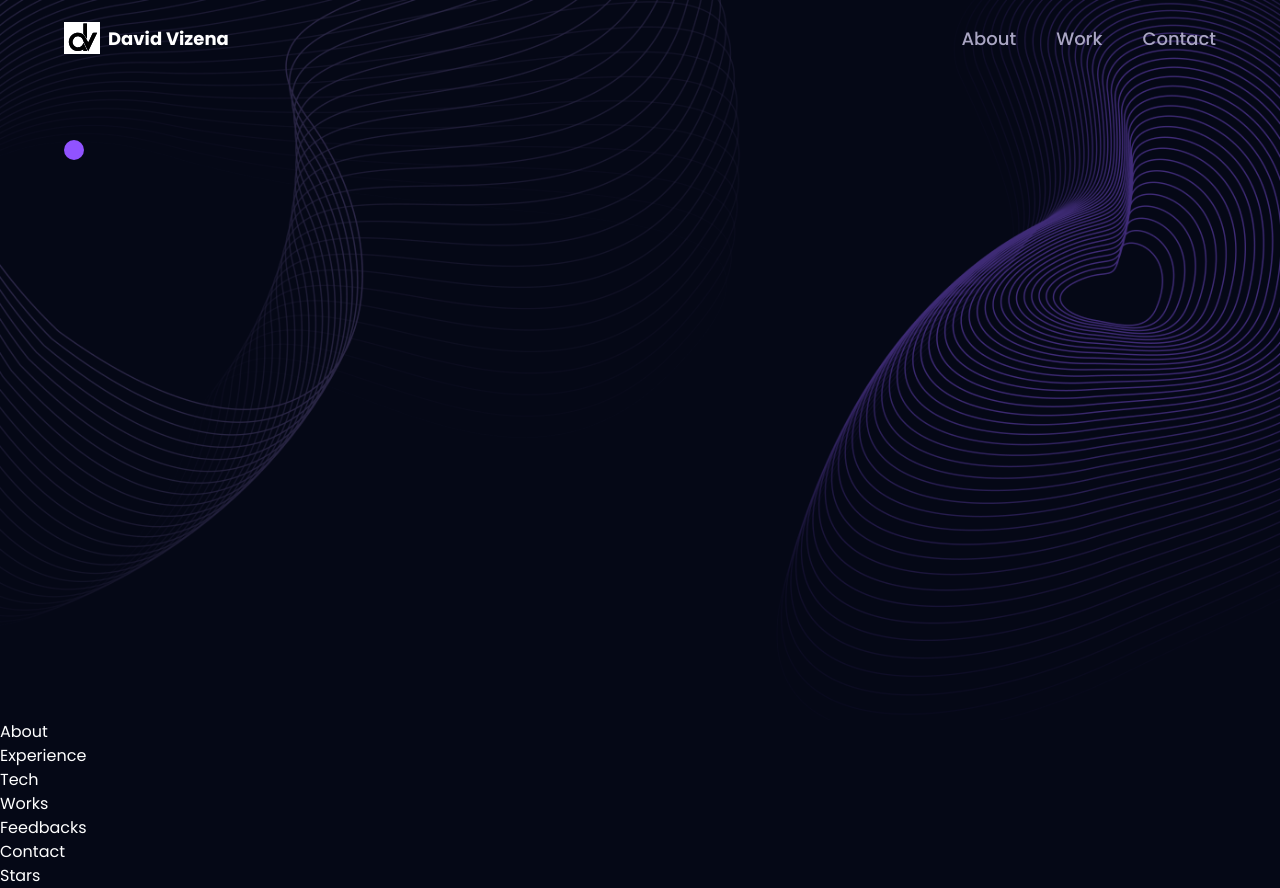
Repository: david-vizena/3d-portfolio
Page: /
The author's editor kept a copy of each file at every save. The page is drawn from the files as they stood at one save, then again after the next save.
The browser window is 1280 px wide. The pictures show the whole page.
The project was rebuilt for these pictures with package versions that can differ from the ones it lists, and the page was loaded fresh each time. Also part of the build but not shown: vite.config.js, src/components/canvas/Earth.jsx, src/components/canvas/Ball.jsx, src/components/canvas/Computers.jsx.

Above is the page before, as saved 2023-04-03 16:38:05.

After the next save:
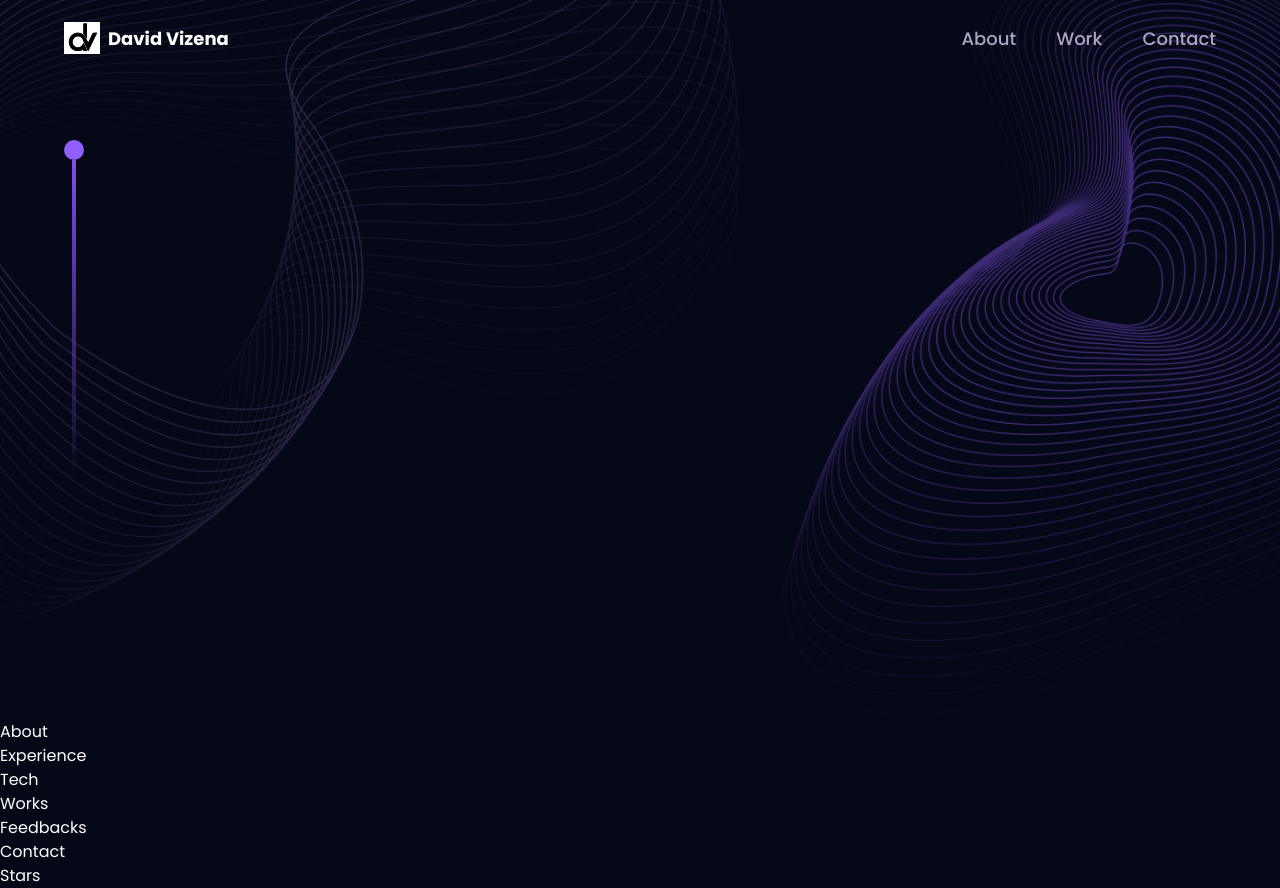
Saved 87 s later.
--- a/src/components/Hero.jsx
+++ b/src/components/Hero.jsx
@@ -9,8 +9,8 @@
 			<div
 				className={`${styles.paddingX} absolute inset-0 top-[120px] max-w-7xl mx-auto flex flex-row items-start gap-5`}>
 				<div className='flex flex-col justify-center items-center mt-5'>
-					<div className='w-5 h-5 rounded-full bg-[#9153ff]' />
-					<div className='w-1 sm:h-80 h-40 violet-gradiant' />
+					<div className='w-5 h-5 rounded-full bg-[#915EFF]' />
+					<div className='w-1 sm:h-80 h-40 violet-gradient' />
 				</div>
 			</div>
 		</section>

After the save that followed:
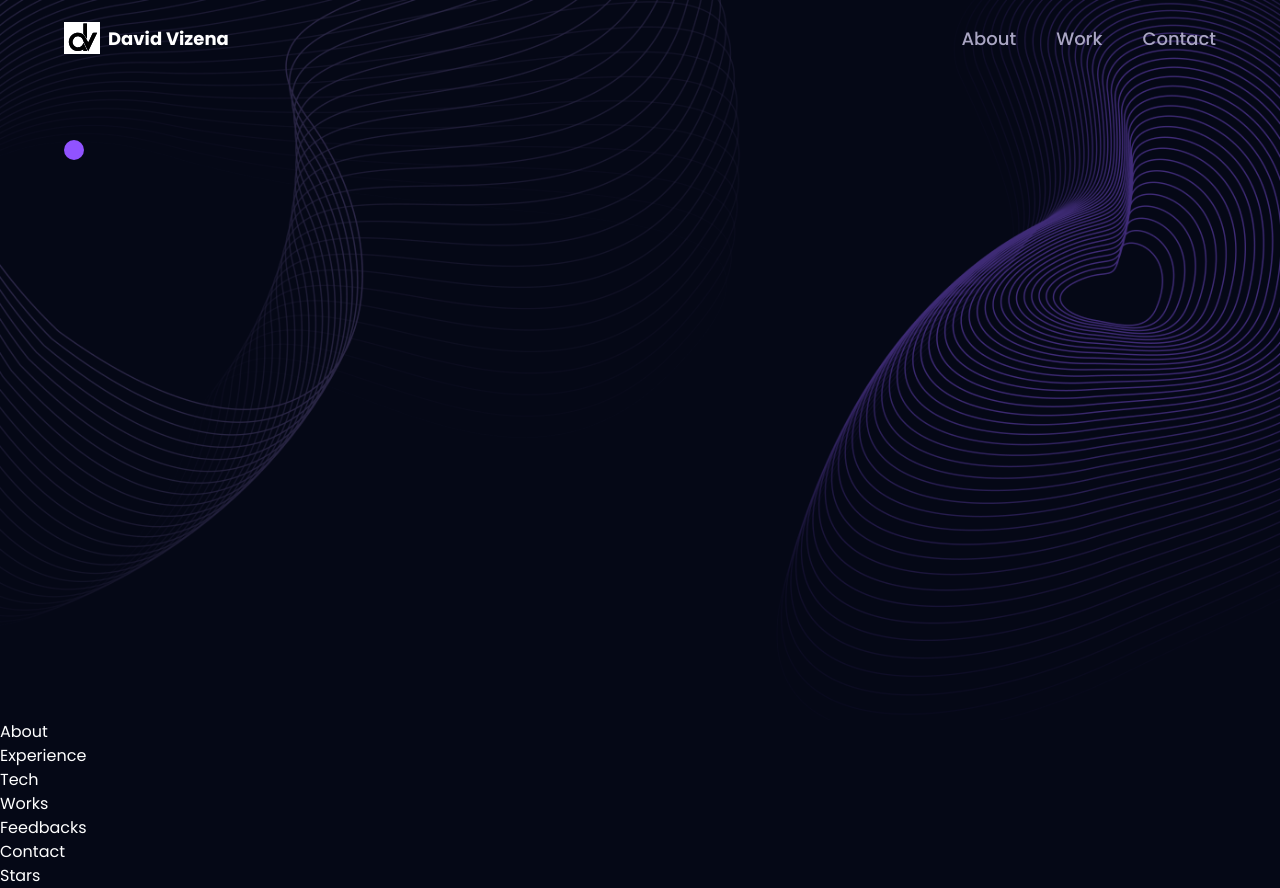
Saved 25 s later.
--- a/src/components/Hero.jsx
+++ b/src/components/Hero.jsx
@@ -9,8 +9,8 @@
 			<div
 				className={`${styles.paddingX} absolute inset-0 top-[120px] max-w-7xl mx-auto flex flex-row items-start gap-5`}>
 				<div className='flex flex-col justify-center items-center mt-5'>
-					<div className='w-5 h-5 rounded-full bg-[#915EFF]' />
-					<div className='w-1 sm:h-80 h-40 violet-gradient' />
+					<div className='w-5 h-5 rounded-full bg-[#9153ff]' />
+					<div className='w-1 sm:h-80 h-40 violet-gradiant' />
 				</div>
 			</div>
 		</section>
